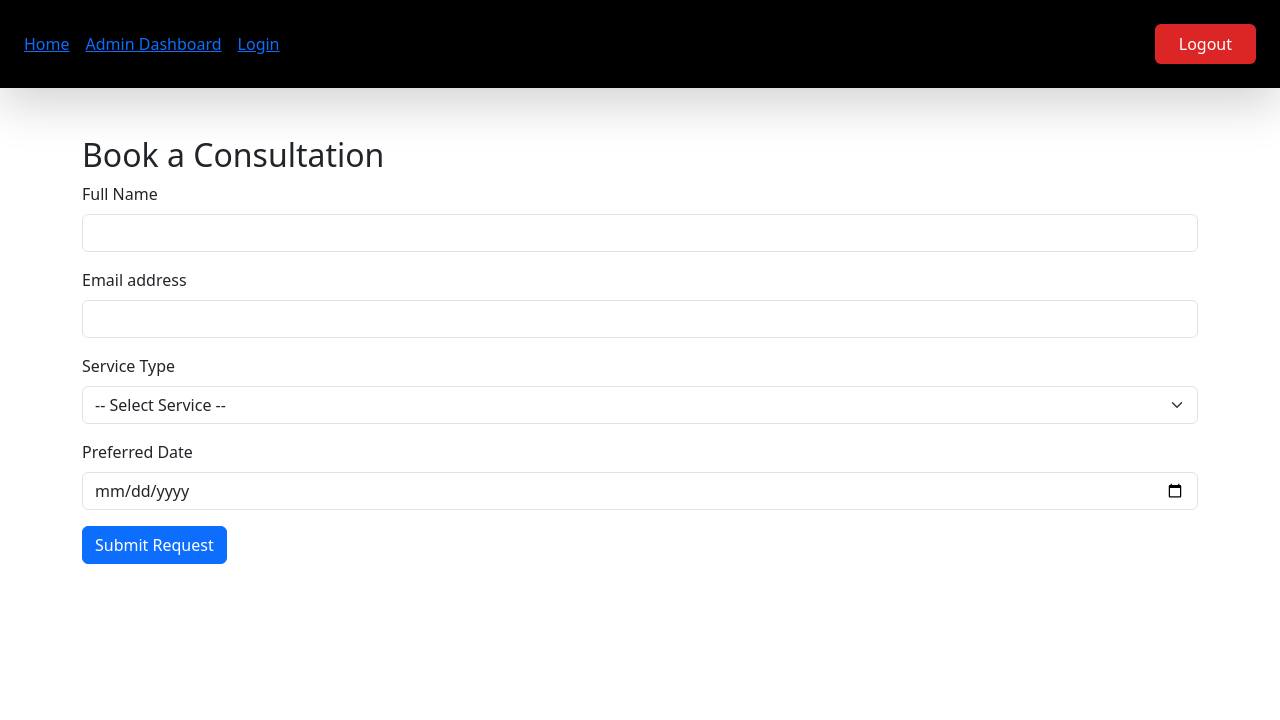
Repository: adithyakiran47/lensverseproject
Page: /booking (app in lensverse-client/)
These files come from the project's save history. The page is drawn as it stood at one moment and after the next save; the edit follows.
The browser window is 1280 px wide. The pictures show the whole page.
The project was rebuilt for these pictures with package versions that can differ from the ones it lists, and the page was loaded fresh each time. Also part of the build but not shown: lensverse-client/src/pages/Home.js, lensverse-client/src/pages/Portfolio.js, lensverse-client/src/pages/About.js, lensverse-client/src/pages/AdminLogin.js, lensverse-client/src/pages/AdminDashboard.js. Imported but missing from the stored project, and not drawn on this page: lensverse-client/src/reportWebVitals.

Above is the page before, as saved 2025-11-03 23:28:24.

After the next save:
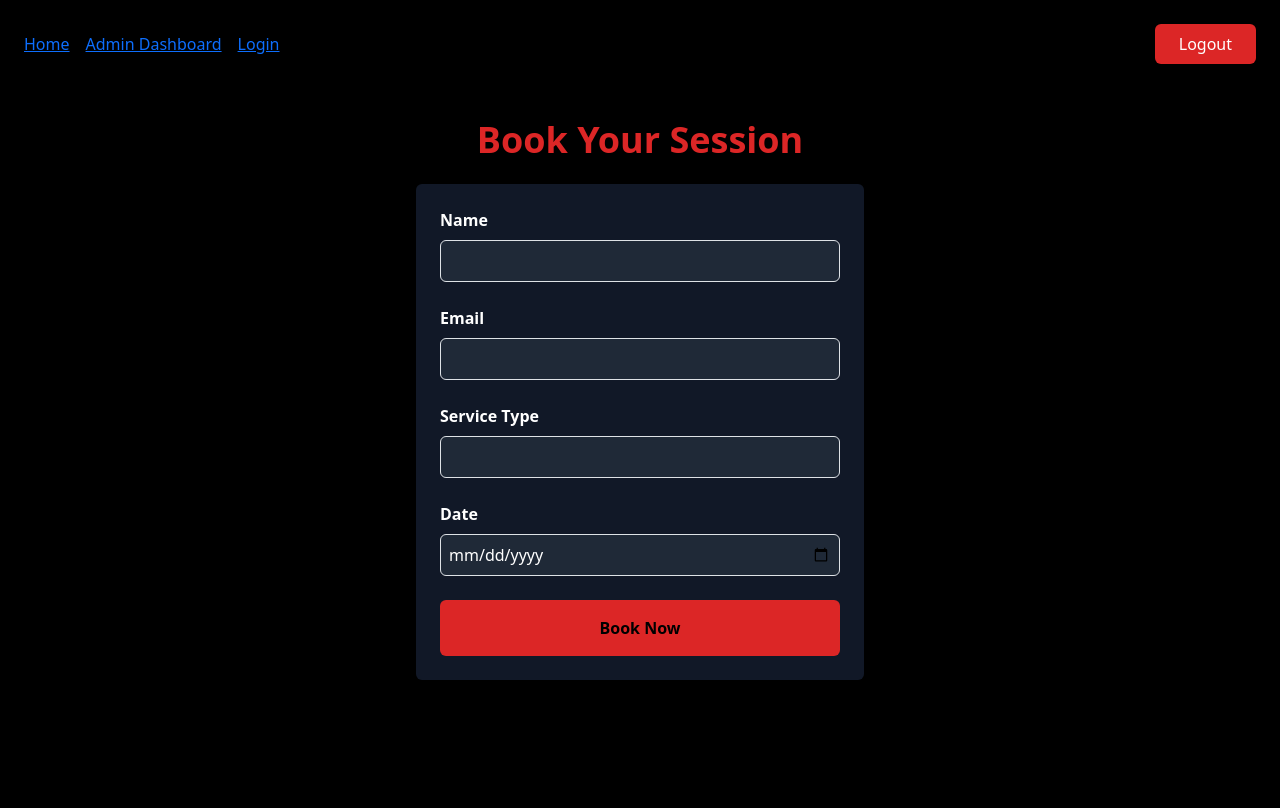
Saved 15 s later.
--- a/lensverse-client/src/pages/Booking.js
+++ b/lensverse-client/src/pages/Booking.js
@@ -1,9 +1,7 @@
 import React, { useState } from 'react';
+import Navbar from '../components/Navbar';
 import axios from 'axios';
-import Navbar from '../components/Navbar';
 
-
-// Booking Page Component
 const Booking = () => {
   const [formData, setFormData] = useState({
     name: '',
@@ -12,52 +10,72 @@ const Booking = () => {
     date: '',
   });
 
-  const handleChange = (e) => {
+  const [message, setMessage] = useState('');
+
+  const handleChange = e => {
     setFormData({...formData, [e.target.name]: e.target.value});
   };
 
-  // Handle form submission by axios POST request by importing axios
-  const handleSubmit = async (e) => {
-  e.preventDefault();
-  try {
-    const res = await axios.post('http://localhost:5000/api/bookings', formData);
-    alert(res.data.message);
-    setFormData({ name: '', email: '', serviceType: '', date: '' });
-  } catch (err) {
-    alert('Error submitting booking request');
-  }
-};
+  const handleSubmit = async e => {
+    e.preventDefault();
+    try {
+      await axios.post('http://localhost:5000/api/bookings', formData);
+      setMessage('Booking submitted successfully!');
+      setFormData({ name: '', email: '', serviceType: '', date: '' });
+    } catch (err) {
+      setMessage('Failed to submit booking. Please try again.');
+    }
+  };
 
-
-// Render the booking form
   return (
     <>
       <Navbar />
-      <div className="container mt-5">
-        <h2>Book a Consultation</h2>
-        <form onSubmit={handleSubmit}>
-          <div className="mb-3">
-            <label htmlFor="name" className="form-label">Full Name</label>
-            <input type="text" className="form-control" id="name" name="name" required value={formData.name} onChange={handleChange} />
-          </div>
-          <div className="mb-3">
-            <label htmlFor="email" className="form-label">Email address</label>
-            <input type="email" className="form-control" id="email" name="email" required value={formData.email} onChange={handleChange} />
-          </div>
-          <div className="mb-3">
-            <label htmlFor="serviceType" className="form-label">Service Type</label>
-            <select className="form-select" id="serviceType" name="serviceType" required value={formData.serviceType} onChange={handleChange}>
-              <option value="">-- Select Service --</option>
-              <option value="photo-editing">Photo Editing</option>
-              <option value="video-editing">Video Editing</option>
-              <option value="event-coverage">Event Coverage</option>
-            </select>
-          </div>
-          <div className="mb-3">
-            <label htmlFor="date" className="form-label">Preferred Date</label>
-            <input type="date" className="form-control" id="date" name="date" required value={formData.date} onChange={handleChange} />
-          </div>
-          <button type="submit" className="btn btn-primary">Submit Request</button>
+      <div className="min-h-screen bg-black text-white p-8 flex flex-col items-center">
+        <h2 className="text-4xl mb-6 text-red-600 font-bold">Book Your Session</h2>
+        {message && <p className="mb-4 text-green-400">{message}</p>}
+        <form onSubmit={handleSubmit} className="w-full max-w-md bg-gray-900 p-6 rounded shadow-lg">
+          <label className="block mb-2 font-semibold" htmlFor="name">Name</label>
+          <input
+            className="w-full p-2 mb-4 rounded bg-gray-800 text-white border border-red-600 focus:border-red-400 transition"
+            type="text"
+            name="name"
+            value={formData.name}
+            onChange={handleChange}
+            required
+          />
+          <label className="block mb-2 font-semibold" htmlFor="email">Email</label>
+          <input
+            className="w-full p-2 mb-4 rounded bg-gray-800 text-white border border-red-600 focus:border-red-400 transition"
+            type="email"
+            name="email"
+            value={formData.email}
+            onChange={handleChange}
+            required
+          />
+          <label className="block mb-2 font-semibold" htmlFor="serviceType">Service Type</label>
+          <input
+            className="w-full p-2 mb-4 rounded bg-gray-800 text-white border border-red-600 focus:border-red-400 transition"
+            type="text"
+            name="serviceType"
+            value={formData.serviceType}
+            onChange={handleChange}
+            required
+          />
+          <label className="block mb-2 font-semibold" htmlFor="date">Date</label>
+          <input
+            className="w-full p-2 mb-4 rounded bg-gray-800 text-white border border-red-600 focus:border-red-400 transition"
+            type="date"
+            name="date"
+            value={formData.date}
+            onChange={handleChange}
+            required
+          />
+          <button
+            className="w-full bg-red-600 hover:bg-red-700 transition duration-300 py-3 rounded text-black font-semibold"
+            type="submit"
+          >
+            Book Now
+          </button>
         </form>
       </div>
     </>
